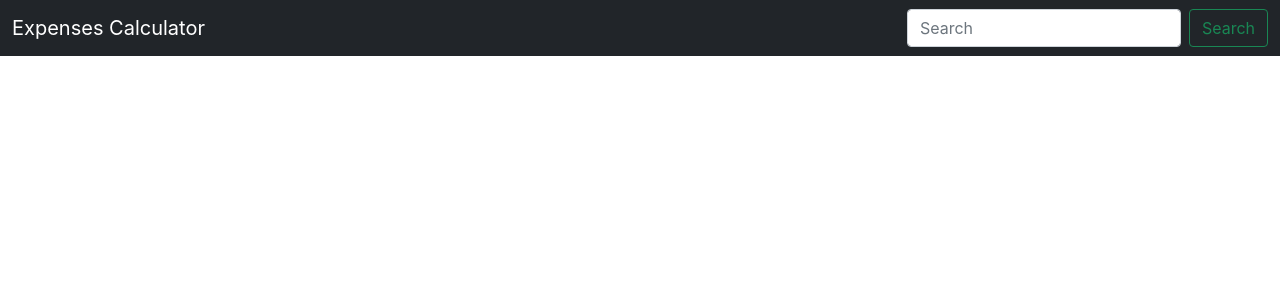
Repository: eidankhan/expenses-calculator
Page: /
These files come from the project's save history. The page is drawn as it stood at one moment and after the next save; the edit follows.
The browser window is 1280 px wide. The pictures show the whole page.
The project was rebuilt for these pictures with package versions that can differ from the ones it lists, and the page was loaded fresh each time.

Above is the page before, as saved 2021-11-29 15:11:23.

### public/index.html
<!DOCTYPE html>
<html lang="en">
  <head>
    <meta charset="utf-8" />
    <link rel="icon" href="%PUBLIC_URL%/favicon.ico" />
    <meta name="viewport" content="width=device-width, initial-scale=1" />
    <meta name="theme-color" content="#000000" />
    <meta
      name="description"
      content="Web site created using create-react-app"
    />
    <link rel="apple-touch-icon" href="%PUBLIC_URL%/logo192.png" />
    <link rel="manifest" href="%PUBLIC_URL%/manifest.json" />
    <!-- CSS only -->
    <link
      href="https://cdn.jsdelivr.net/npm/bootstrap@5.1.3/dist/css/bootstrap.min.css"
      rel="stylesheet"
      integrity="sha384-1BmE4kWBq78iYhFldvKuhfTAU6auU8tT94WrHftjDbrCEXSU1oBoqyl2QvZ6jIW3"
      crossorigin="anonymous"
    />
    <title>Shopping Cart App</title>
  </head>
  <body>
    <noscript>You need to enable JavaScript to run this app.</noscript>
    <div id="root"></div>
    <!-- JavaScript Bundle with Popper -->
    <script
      src="https://cdn.jsdelivr.net/npm/bootstrap@5.1.3/dist/js/bootstrap.bundle.min.js"
      integrity="sha384-ka7Sk0Gln4gmtz2MlQnikT1wXgYsOg+OMhuP+IlRH9sENBO0LRn5q+8nbTov4+1p"
      crossorigin="anonymous"
    ></script>
  </body>
</html>

### src/App.js
// import {
//   BrowserRouter as Router,
//   Routes,
//   Route,
// } from "react-router-dom";

import { Navbar } from "./components/Navbar";


function App() {
  return (
   <Navbar/>
  );
}

export default App;

### src/components/Navbar.js
import React from "react";

export const Navbar = () => {
  return (
    <nav className="navbar navbar-dark bg-dark">
      <div className="container-fluid">
        <a className="navbar-brand"> Expenses Calculator</a>
        <form className="d-flex">
          <input
            className="form-control me-2"
            type="search"
            placeholder="Search"
            aria-label="Search"
          />
          <button className="btn btn-outline-success" type="submit">
            Search
          </button>
        </form>
      </div>
    </nav>
  );
};

Loaded but not shown: src/index.js (common file); src/index.css (common file)

After the next save:
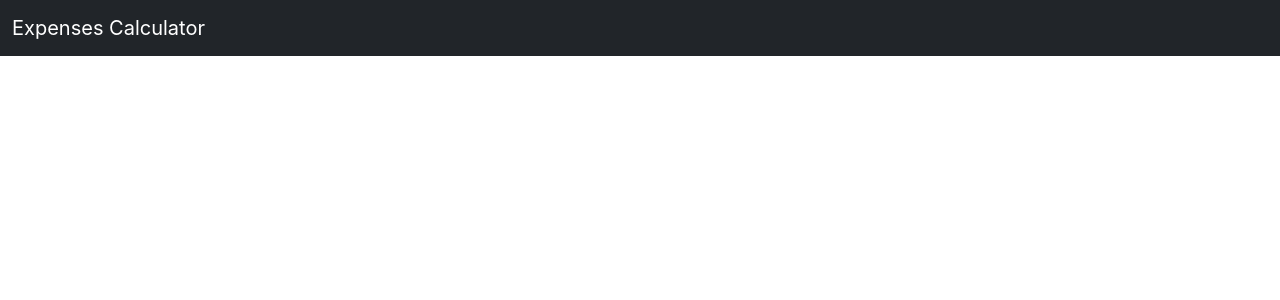
Saved 41 s later.
--- a/src/components/Navbar.js
+++ b/src/components/Navbar.js
@@ -5,7 +5,8 @@ export const Navbar = () => {
     <nav className="navbar navbar-dark bg-dark">
       <div className="container-fluid">
         <a className="navbar-brand"> Expenses Calculator</a>
-        <form className="d-flex">
+
+        {/* <form className="d-flex">
           <input
             className="form-control me-2"
             type="search"
@@ -15,7 +16,8 @@ export const Navbar = () => {
           <button className="btn btn-outline-success" type="submit">
             Search
           </button>
-        </form>
+        </form> */}
+
       </div>
     </nav>
   );
